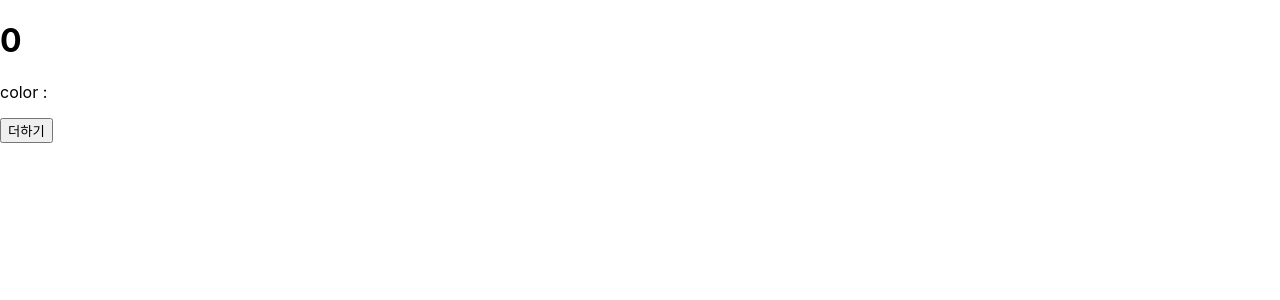
Repository: jongheonleee/hello_my_react
Page: /
The author's editor kept a copy of each file at every save. The page is drawn from the files as they stood at one save, then again after the next save.
The browser window is 1280 px wide. The pictures show the whole page.
The project was rebuilt for these pictures with package versions that can differ from the ones it lists, and the page was loaded fresh each time.

Above is the page before, as saved 2024-09-04 12:42:17.

After the next save:
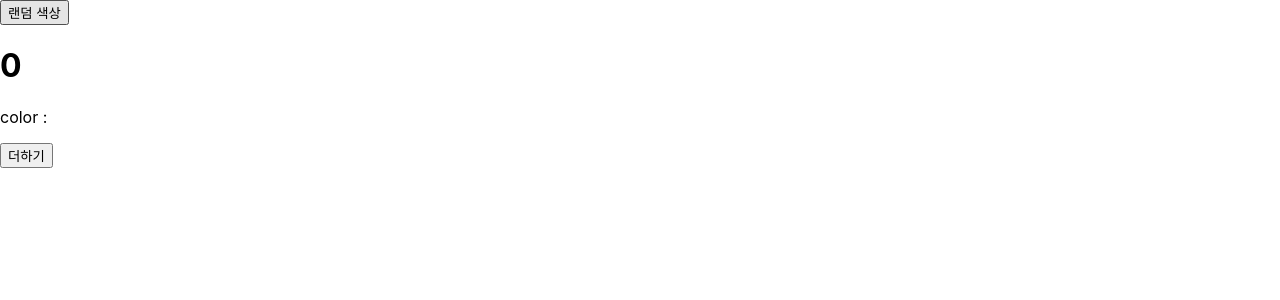
Saved 90 s later.
--- a/src/App.js
+++ b/src/App.js
@@ -7,9 +7,22 @@ function getRandomColor() {
 }
 
 class App extends Component {
+  state = {
+    color : '#000000'
+  }
+
+  handleClick = () => {
+    this.setState({
+      color : getRandomColor()
+    });
+  }
+
   render() {
     return (
-      <LifeCycleSample/>
+      <div>
+        <button onClick={this.handleClick}>랜덤 색상</button>
+        <LifeCycleSample/>
+      </div>
     );
   }
 }
